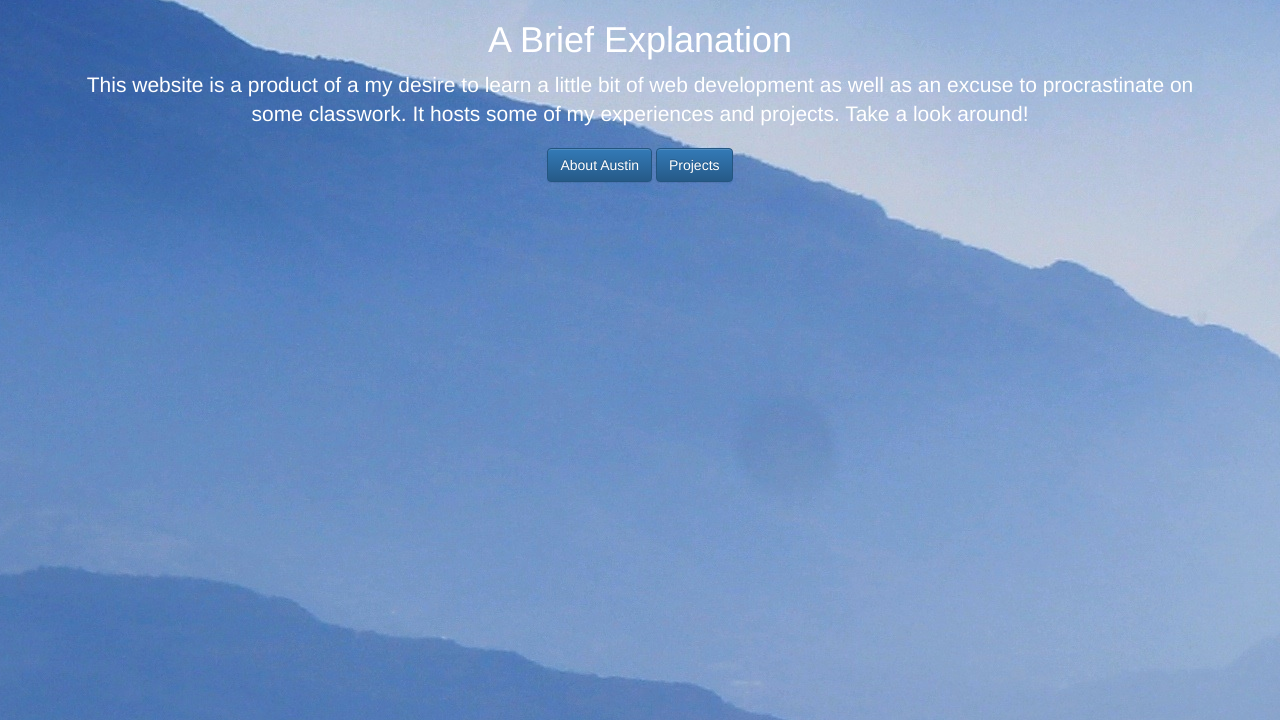
Repository: austinHerring/PersonalWebsite
Page: PersonalWebsite/WebContent/index.html
These files come from the project's save history. The page is drawn as it stood at one moment and after the next save; the edit follows.
The browser window is 1280 px wide. The pictures show the whole page.

Above is the page before, as saved 2016-06-12 22:14:59.

### PersonalWebsite/WebContent/index.html
<html>
	<head>
		<meta charset="utf-8"/>
		<title>Home - Austin</title>
		<link rel="stylesheet" href="css/bootstrap.min.css">
		<link rel="stylesheet" href="css/bootstrap-theme.min.css">
		<link rel="stylesheet" href="css/main.css">
	</head>
	<body>

		<div class="container" id="page-wrap">
			<div class="row">
				<div class="col-lg-12">
					<h1>A Brief Explanation</h1>
					<p class="lead">This website is a product of a my desire to learn a little bit of web development as well as an excuse to procrastinate on some classwork. It hosts some of my experiences and projects. Take a look around!</p>
				</div>
			</div>
			<div class="row">
				<div class="col-lg-12">
					<a class="btn btn-primary" href="about.html" role="button">About Austin</a>
					<a class="btn btn-primary" href="projects.html" role="button">Projects</a>
				</div>
			</div>
		</div>

		<div id="bg">
			<img src="images/background.jpg" alt="">
		</div>

		<script src="js/jquery.min.js"></script>
		<script src="js/bootstrap.min.js"></script>
	</body>
</html>

### PersonalWebsite/WebContent/css/main.css
body {
    width: 100%;
    height: 100%;
    text-align: center;
    font-family: Lora,"Helvetica Neue",Helvetica,Arial,sans-serif;
    color: #fff;
    background-color:#000;
}

#bg {
	position:fixed;
	top:-50%;
	left:-50%;
	width:100%;
	height:80%;
}

#bg img {
	position:absolute;
	top:0;
	left:0;
	right:0;
	bottom:0;
	margin:auto;
	min-width:50%;
	min-height:50%;
}

#page-wrap { position: relative; z-index: 2}

Loaded but not shown: PersonalWebsite/WebContent/css/bootstrap.min.css (library); PersonalWebsite/WebContent/css/bootstrap-theme.min.css (library); PersonalWebsite/WebContent/js/jquery.min.js (library); PersonalWebsite/WebContent/js/bootstrap.min.js (library)

After the next save:
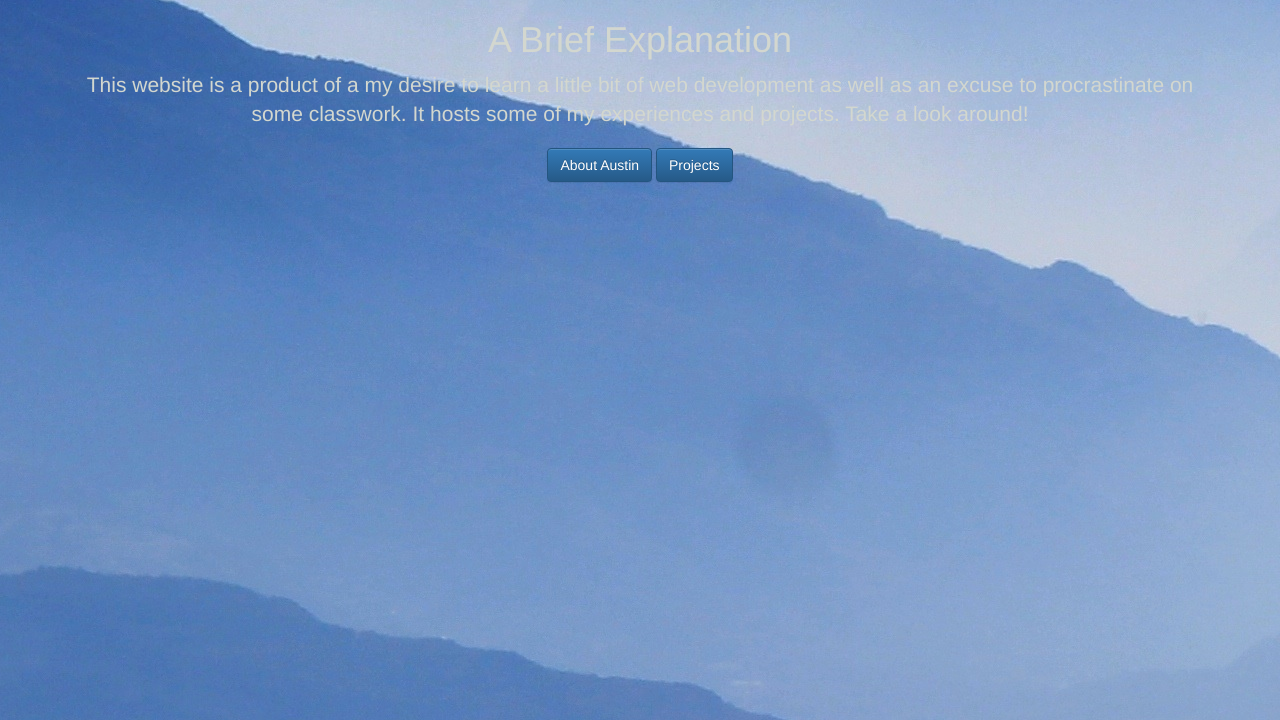
Saved 27 s later.
--- a/PersonalWebsite/WebContent/css/main.css
+++ b/PersonalWebsite/WebContent/css/main.css
@@ -3,7 +3,7 @@ body {
     height: 100%;
     text-align: center;
     font-family: Lora,"Helvetica Neue",Helvetica,Arial,sans-serif;
-    color: #fff;
+    color: #d3d7cf;
     background-color:#000;
 }
 
